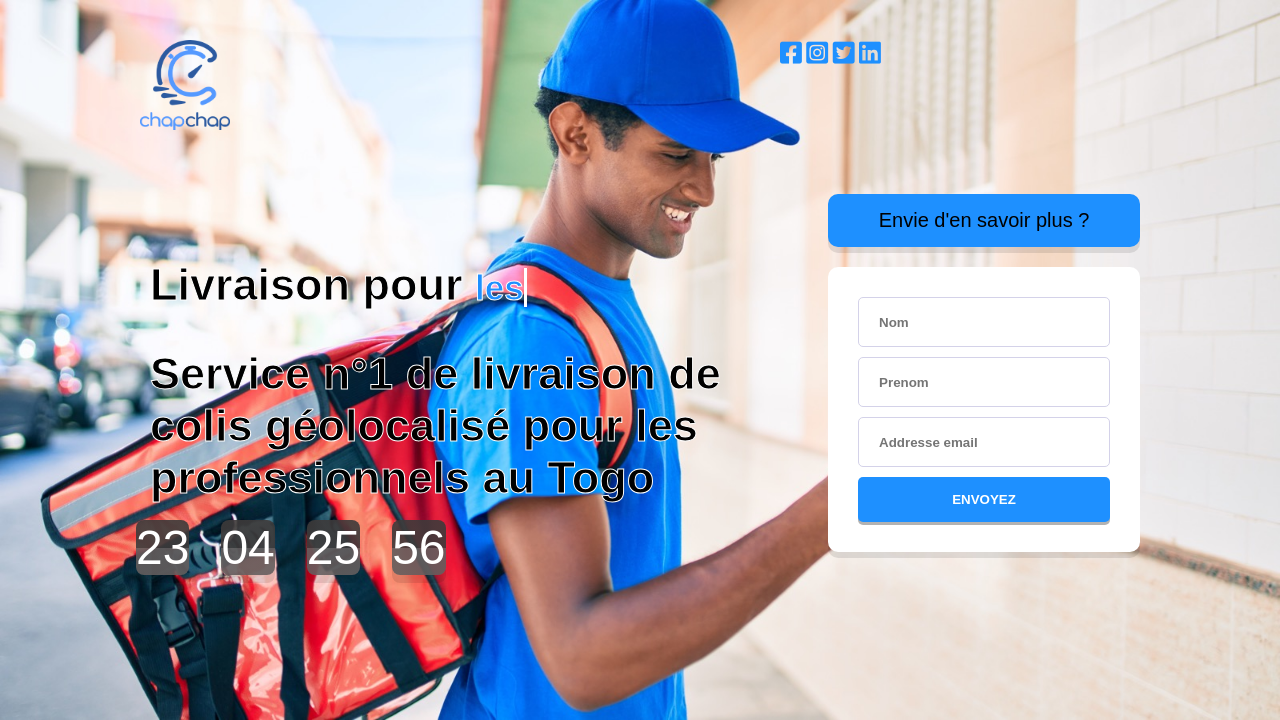
Repository: lawalalao/landpage
Page: index.html
An editor plug-in stored every save of this project. The page is shown before and after the next save, followed by the edit.
The browser window is 1280 px wide. The pictures show the whole page.
Some web fonts or font styles are not loaded; a fallback is used.

Above is the page before, as saved 2021-01-15 15:32:43.
Console error: TypeError: Cannot read properties of null (reading 'addEventListener')

After the next save:
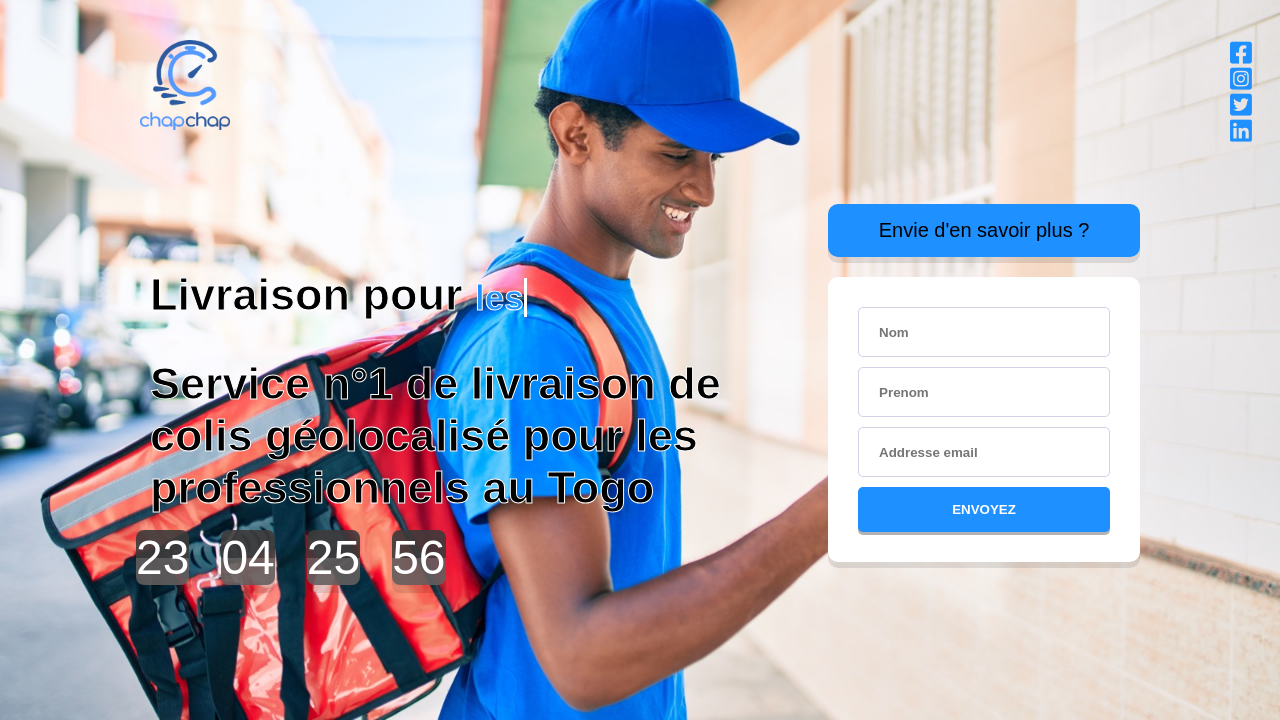
Saved 5 s later.
--- a/style.css
+++ b/style.css
@@ -251,7 +251,7 @@
 
     }
     .navbar-brand img{
-        margin-right:50px;
+        margin-right:500px;
     }
     .social{
         margin-left:500px;

After the save that followed:
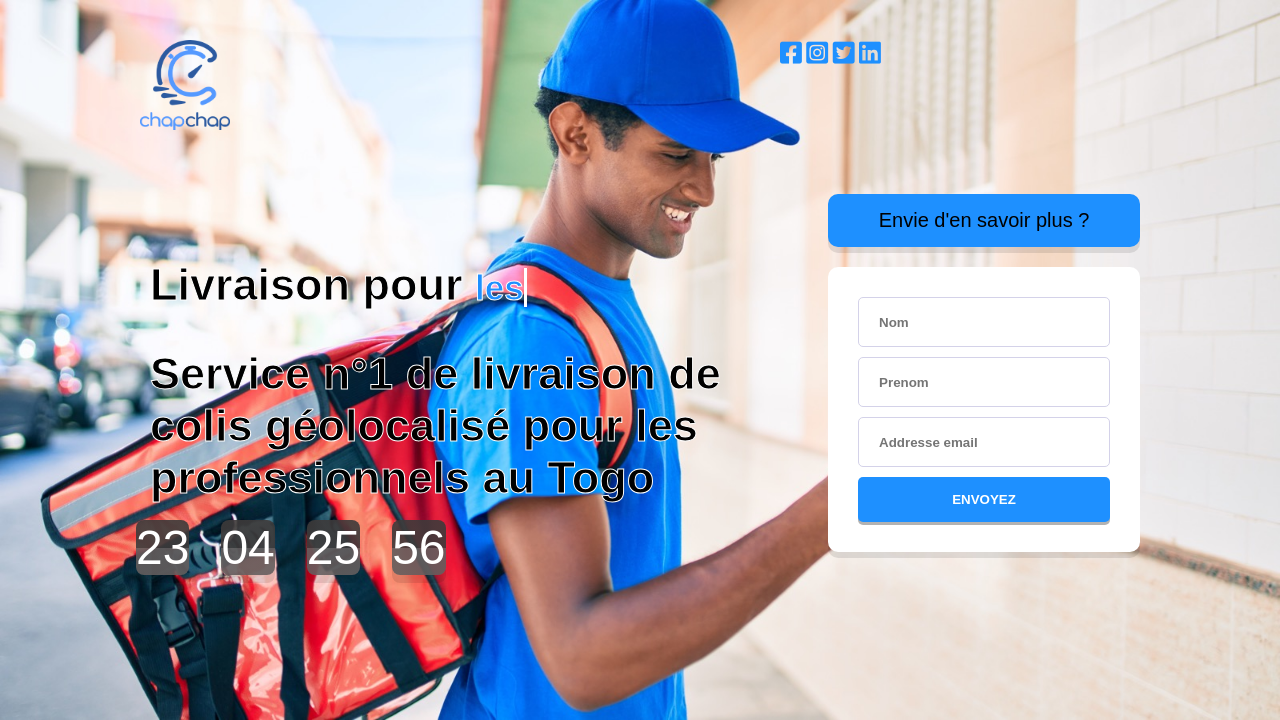
Saved 4 s later.
--- a/style.css
+++ b/style.css
@@ -251,7 +251,7 @@
 
     }
     .navbar-brand img{
-        margin-right:500px;
+        margin-right:50px;
     }
     .social{
         margin-left:500px;
